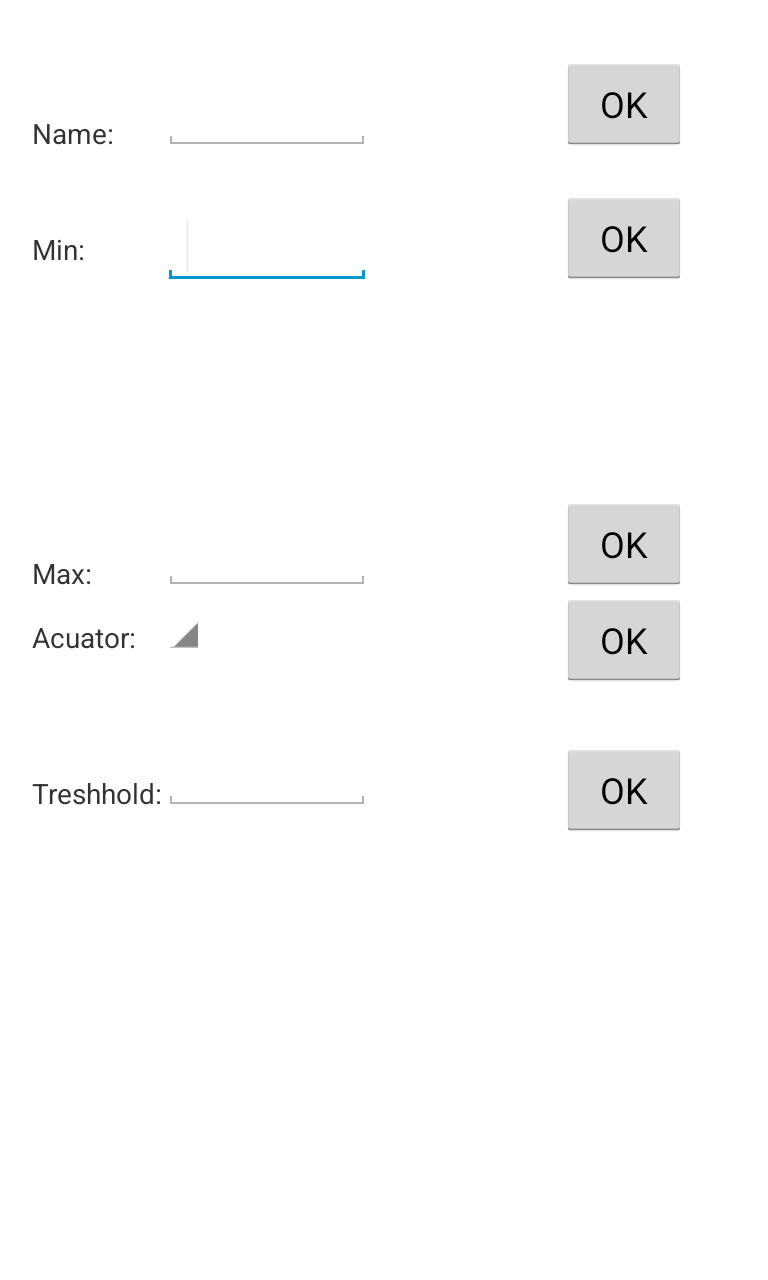
Repository: CTIS-SP-Team5/greenAgent
Layout: Android/GreenAgent/GreenAgent/res/layout/activity_view_setting.xml
An editor plug-in stored every save of this project. The layout is shown before and after the next save, followed by the edit.
It is drawn on a 768 x 1280 px phone screen (xhdpi) without system bars, with theme AppTheme; the app's code is not run.

Above is the layout before, as saved 2014-05-05 18:14:25.

After the next save:
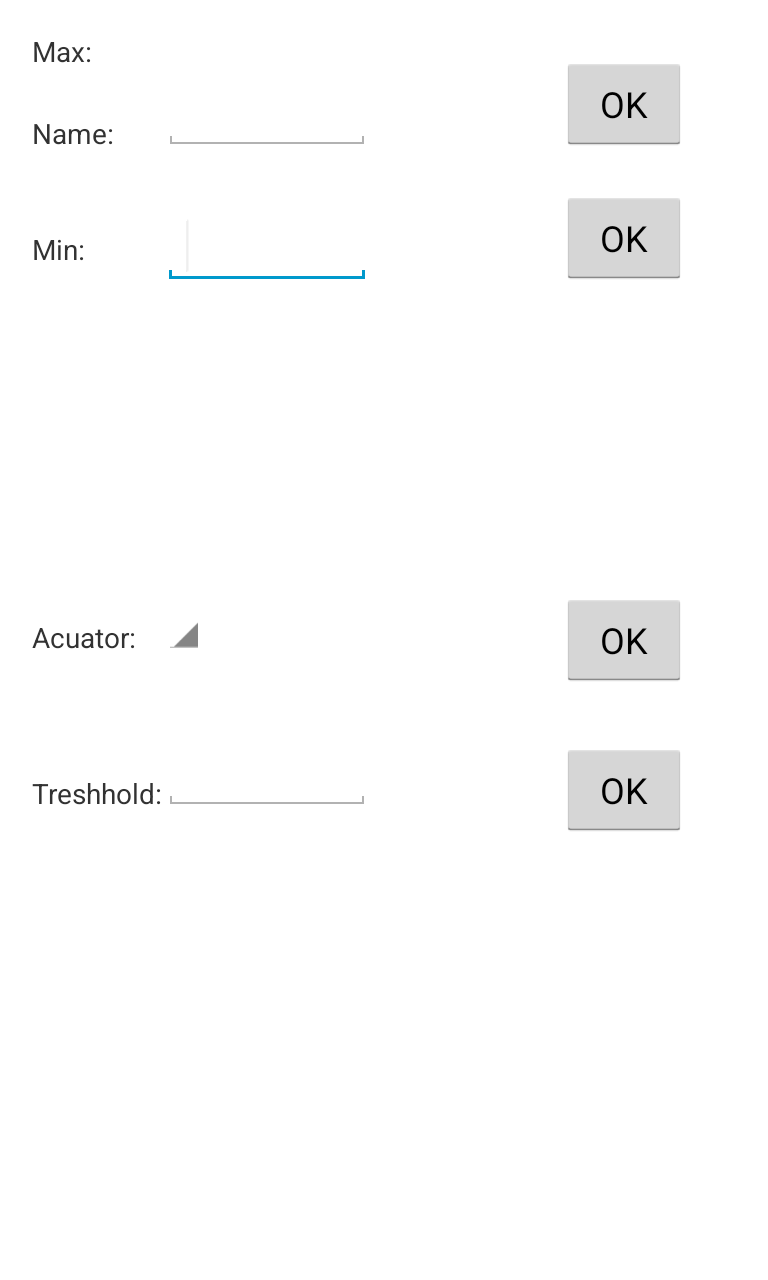
Saved 37 s later.
--- a/Android/GreenAgent/GreenAgent/res/layout/activity_view_setting.xml
+++ b/Android/GreenAgent/GreenAgent/res/layout/activity_view_setting.xml
@@ -96,14 +96,6 @@
         android:layout_marginTop="59dp"
         android:text="Treshhold:" />
 
-    <EditText
-        android:id="@+id/editText3"
-        android:layout_width="wrap_content"
-        android:layout_height="wrap_content"
-        android:layout_above="@+id/button4"
-        android:layout_alignLeft="@+id/editText2"
-        android:ems="5" />
-
     <TextView
         android:id="@+id/textView4"
         android:layout_width="wrap_content"
@@ -116,17 +108,8 @@
         android:id="@+id/textView3"
         android:layout_width="wrap_content"
         android:layout_height="wrap_content"
-        android:layout_above="@+id/button4"
-        android:layout_alignLeft="@+id/textView4"
+
         android:text="Max:" />
-
-    <Button
-        android:id="@+id/button3"
-        android:layout_width="wrap_content"
-        android:layout_height="wrap_content"
-        android:layout_alignBottom="@+id/editText3"
-        android:layout_alignLeft="@+id/button2"
-        android:text="OK" />
 
     <Spinner
         android:id="@+id/spinner1"
@@ -135,4 +118,20 @@
         android:layout_alignLeft="@+id/editText3"
         android:layout_alignTop="@+id/button4" />
 
+    <Button
+        android:id="@+id/button3"
+        android:layout_width="wrap_content"
+        android:layout_height="wrap_content"
+        android:layout_above="@+id/textView3"
+        android:layout_alignLeft="@+id/button2"
+        android:text="OK" />
+
+    <EditText
+        android:id="@+id/editText3"
+        android:layout_width="wrap_content"
+        android:layout_height="wrap_content"
+        android:layout_above="@+id/textView3"
+        android:layout_toRightOf="@+id/textView5"
+        android:ems="5" />
+
 </RelativeLayout>
